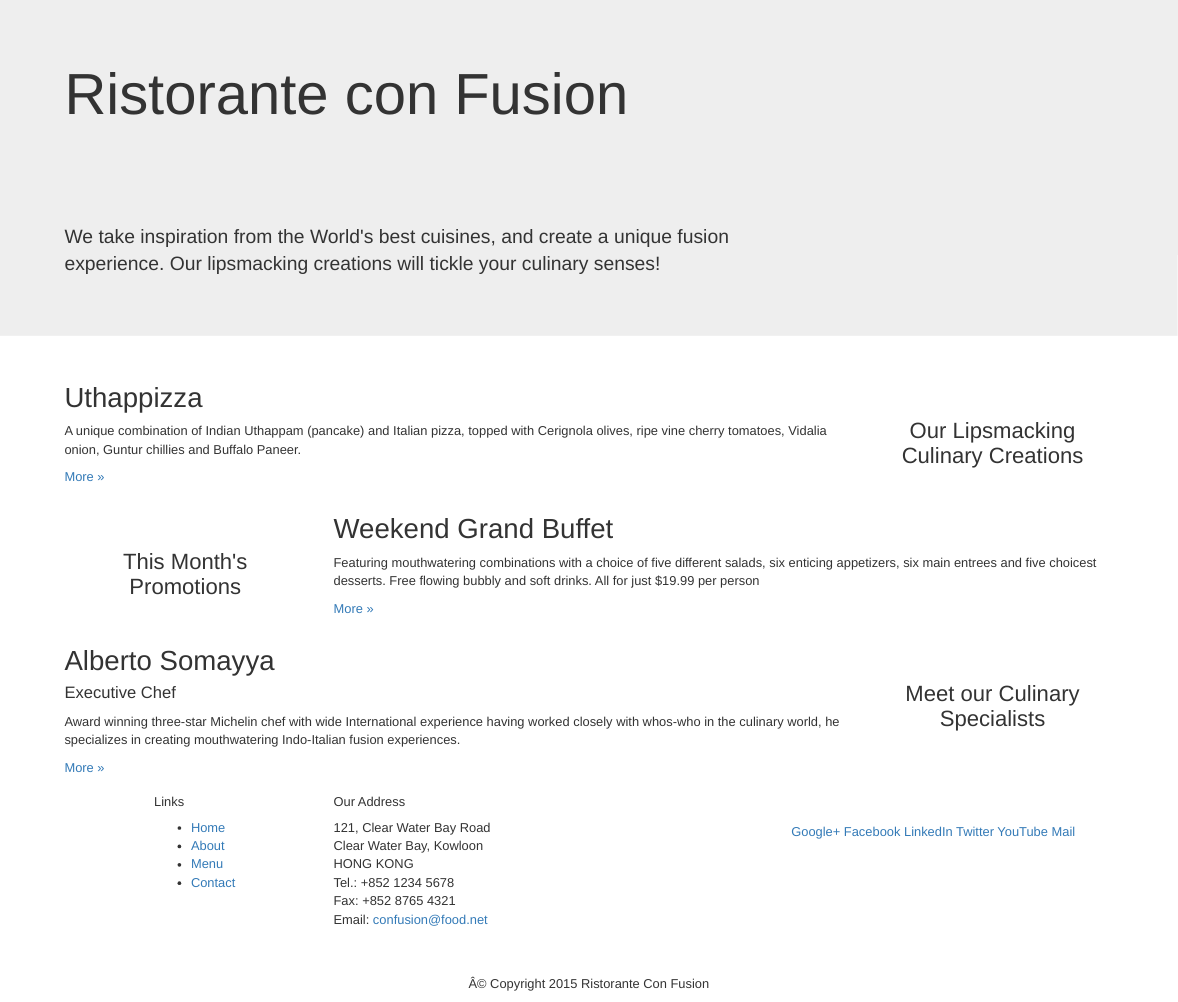
Repository: tagus24/Coursera
Page: Coursera/FullStackDeveloper/conFusion/src/main/webapp/index.html
The author's editor kept a copy of each file at every save. The page is drawn from the files as they stood at one save, then again after the next save.
The browser window is 1280 px wide. The pictures show the whole page, at 92% of full size.
Some web libraries are served in a nearby version.

Above is the page before, as saved 2016-01-31 17:25:10.

After the next save:
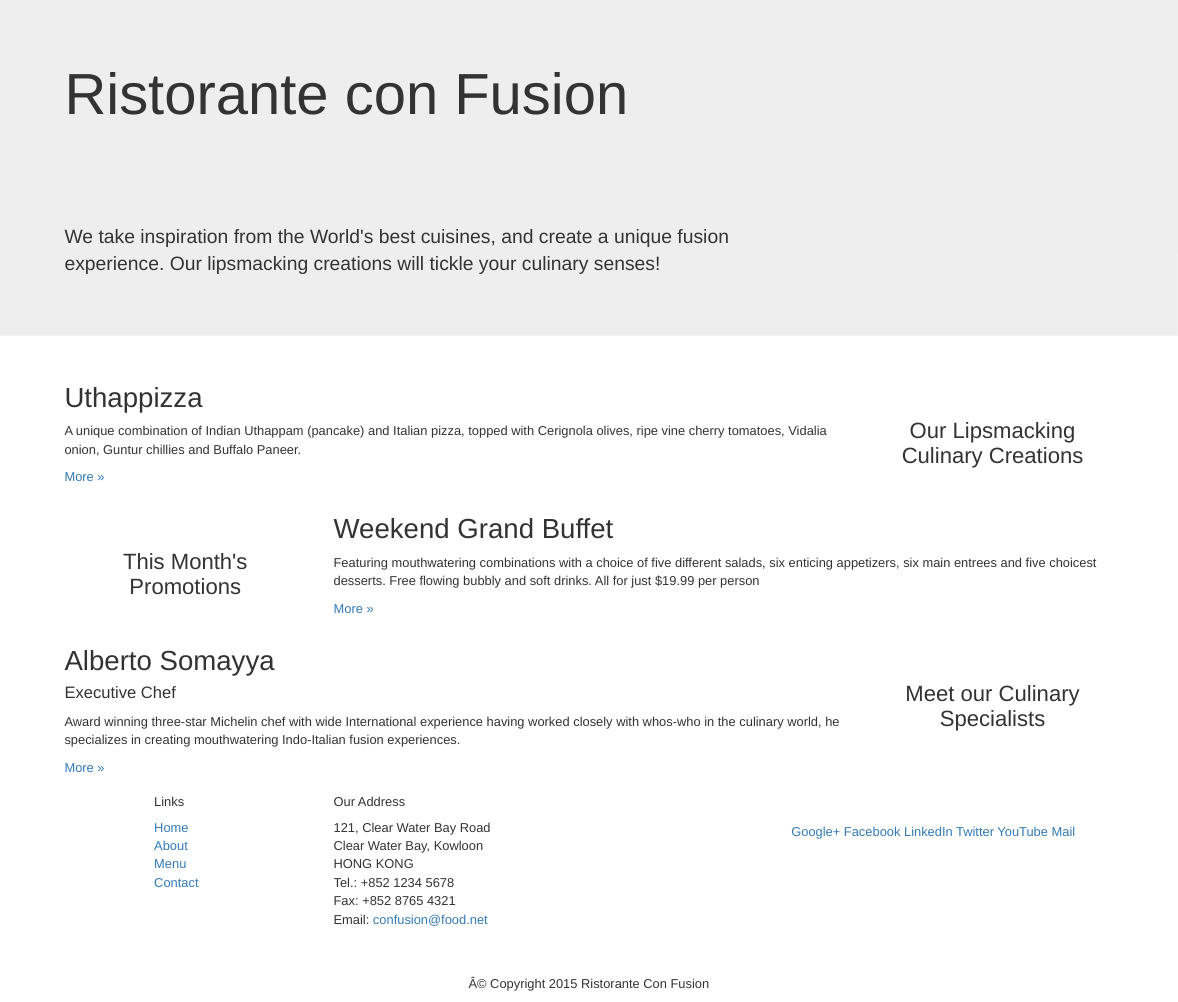
Saved 119 s later.
--- a/Coursera/FullStackDeveloper/conFusion/src/main/webapp/index.html
+++ b/Coursera/FullStackDeveloper/conFusion/src/main/webapp/index.html
@@ -87,7 +87,7 @@
             <div class="row">
                 <div class="col-xs-5 col-xs-offset-1 col-sm-2 col-sm-offset-1">
                     <h5>Links</h5>
-                    <ul>
+                    <ul class="list-unstyled">
                         <li><a href="#">Home</a></li>
                         <li><a href="#">About</a></li>
                         <li><a href="#">Menu</a></li>
